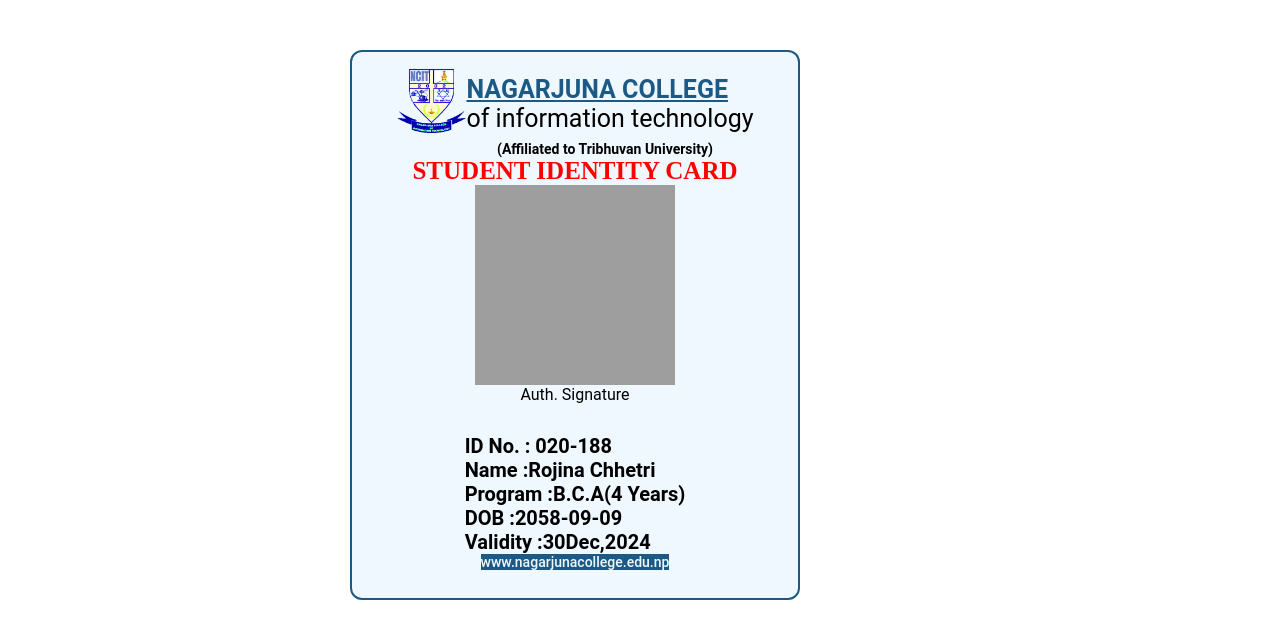
Repository: Rojinachhetri/roji
Page: rojina.html
An editor plug-in stored every save of this project. The page is shown before and after the next save, followed by the edit.
The browser window is 1280 px wide. The pictures show the whole page.
Pictures or frames that could not be fetched are drawn as grey boxes.

Above is the page before, as saved 2023-04-24 23:08:03.

After the next save:
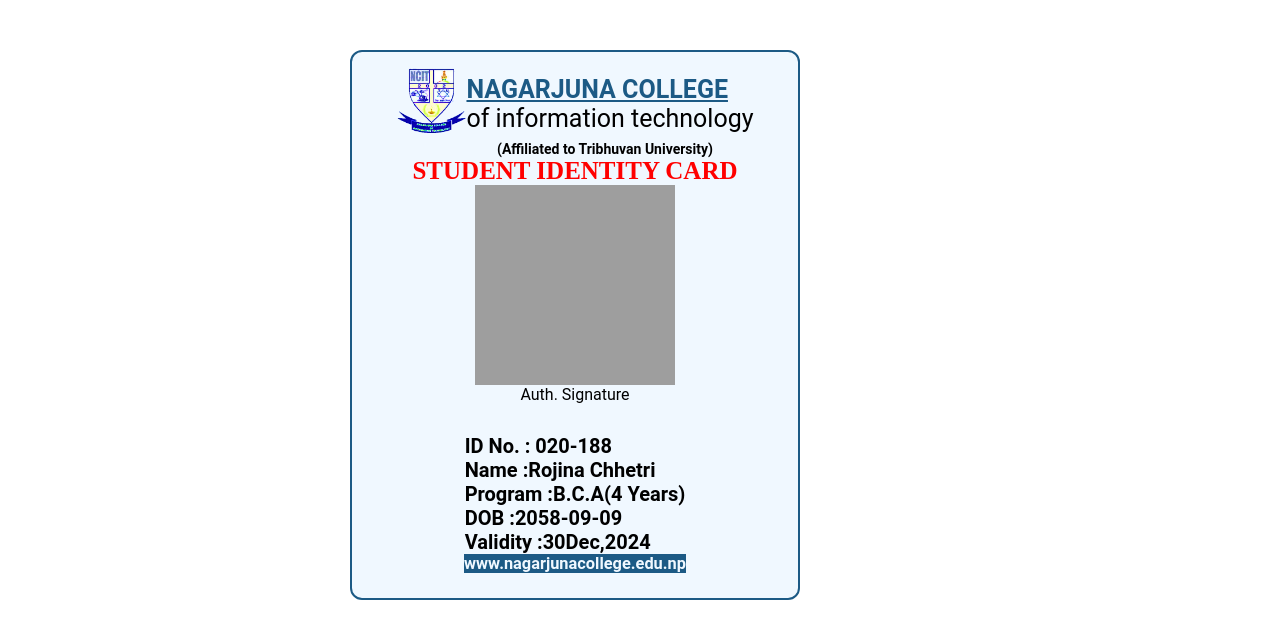
Saved 26 s later.
--- a/rojina.html
+++ b/rojina.html
@@ -34,7 +34,7 @@
             <div>Validity :30Dec,2024</div>
         </div>
         <div class="footer">
-            <div>www.nagarjunacollege.edu.np</div>
+            <h3>www.nagarjunacollege.edu.np</h3>
         </div>
     </div>
 
